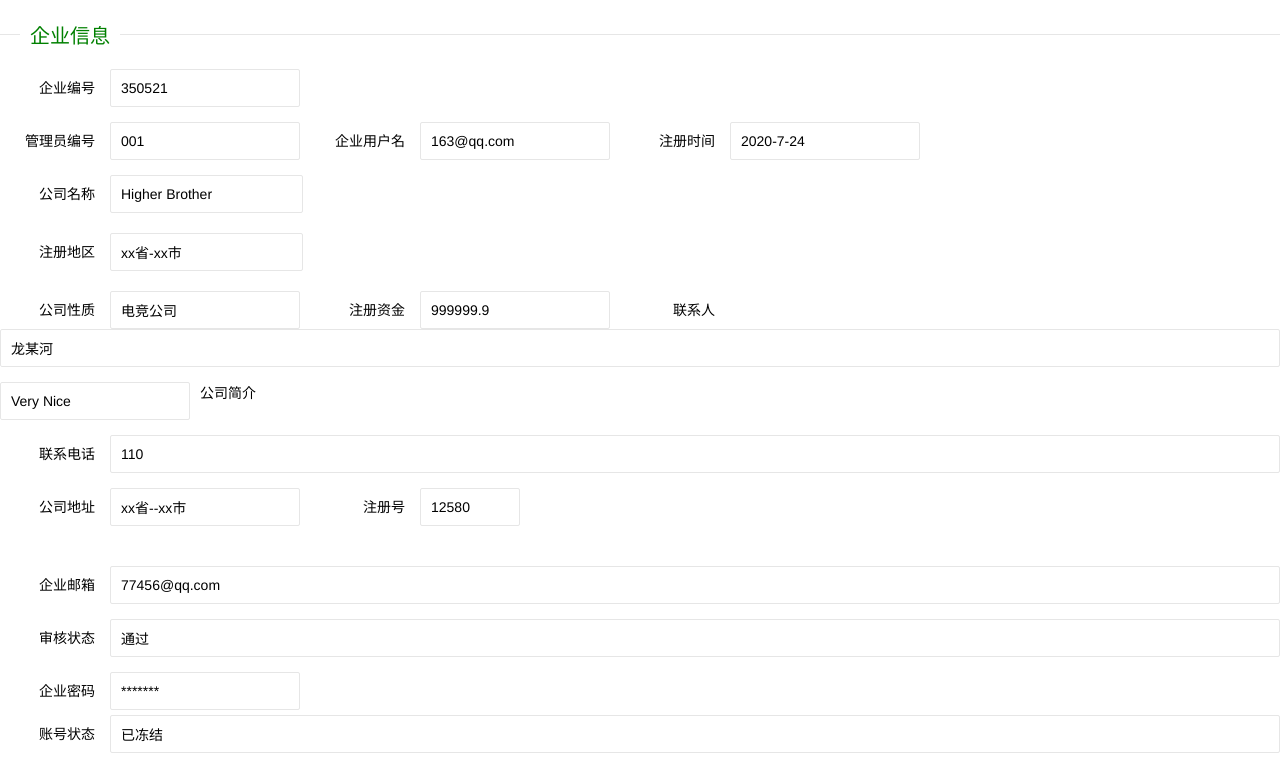
Repository: LongJinhe-coder/java-web-
Page: http://localhost/projectDemo1/displayFirmResume.jsp
The author's editor kept a copy of each file at every save. The page is drawn from the files as they stood at one save, then again after the next save.
The browser window is 1280 px wide. The pictures show the whole page.
The page is served by Tomcat 9. Other server files are loaded and not shown.

Above is the page before, as saved 2020-07-28 09:47:11.

### MyEclipse CI/projectDemo1/WebRoot/displayFirmResume.jsp
<%@ page language="java" import="java.util.*" pageEncoding="UTF-8"%>
<%
String path = request.getContextPath();
String basePath = request.getScheme()+"://"+request.getServerName()+":"+request.getServerPort()+path+"/";
%>

<!DOCTYPE HTML PUBLIC "-//W3C//DTD HTML 4.01 Transitional//EN">
<html>
  <head>
    <base href="<%=basePath%>">

    <title>My JSP 'personalzhuce.jsp' starting page</title>

	<meta http-equiv="pragma" content="no-cache">
	<meta http-equiv="cache-control" content="no-cache">
	<meta http-equiv="expires" content="0">
	<meta http-equiv="keywords" content="keyword1,keyword2,keyword3">
	<meta http-equiv="description" content="This is my page">
	<!--
	<link rel="stylesheet" type="text/css" href="styles.css">
	-->

 <meta charset="utf-8">
  <title>Layui</title>
  <meta name="renderer" content="webkit">
  <meta http-equiv="X-UA-Compatible" content="IE=edge,chrome=1">
  <meta name="viewport" content="width=device-width, initial-scale=1, maximum-scale=1">
  <link rel="stylesheet" href="layui/css/layui.css"  media="all">
  <!-- 注意：如果你直接复制所有代码到本地，上述css路径需要改成你本地的 -->
  </head>

  <body>
 <fieldset class="layui-elem-field layui-field-title" style="margin-top: 20px;">
  <legend align="left" style="color:green;">企业信息</legend>
</fieldset>
<form class="layui-form" action="">

<div class="layui-form-item">
    <label class="layui-form-label">企业编号</label>
    <div class="layui-input-block">
      <input style="width:190px"type="text" name="firmID" value="350521" readonly="readonly"  autocomplete="off" class="layui-input">
    </div>
  </div>

 <div class="layui-form-item">
    <label class="layui-form-label">管理员编号</label>
    <div class="layui-input-inline">
      <input type="text" name="adminID" value="001" readonly="readonly"  autocomplete="off" class="layui-input">
    </div>
      <label class="layui-form-label">企业用户名</label>
      <div class="layui-input-inline">
        <input type="text" name="firmAccount" value="163@qq.com" readonly="readonly" class="layui-input">
      </div>

      <label class="layui-form-label">注册时间</label>
      <div class="layui-input-inline">
       <input type="text" name="registerTime"  value="2020-7-24" readonly="readonly" class="layui-input">

		</div>
    </div>

   <div class="layui-form-item">
   <div class="layui-inline">
    <label class="layui-form-label">公司名称</label>
    <div class="layui-input-block">
        <input type="text" name="firmName"  value="Higher Brother" readonly="readonly" class="layui-input">
    </div>
  </div>
   </div>

   <div class="layui-form-item">
   <div class="layui-inline">
    <label class="layui-form-label">注册地区</label>
    <div class="layui-input-block">
     <input type="text" name="registerArea"  value="xx省-xx市" readonly="readonly" class="layui-input">
    </div>
  </div>
   </div>

   <div class="layui-form-item">

    <label class="layui-form-label">公司性质</label>
    <div class="layui-input-inline">
      <input type="text" name="firmNature" value="电竞公司" readonly="readonly"  class="layui-input">
    </div>
    <label class="layui-form-label">注册资金</label>
    <div class="layui-input-inline">
      <input type="text" name="registerFund" value="999999.9" readonly="readonly" class="layui-input">
    </div>
    <label class="layui-form-label">联系人</label>
    <div class="layui-input-label">
      <input type="text" name="linkMan" value="龙某河" readonly="readonly" class="layui-input">
    </div>
  </div>

    <div class="layui-form-item">
     <label class="layui-form-block">公司简介</label>
    <div class="layui-input-inline">
    <input type="text" name="firmBrief" value="Very Nice" readonly="readonly" class="layui-input">
    </div>
  </div>

   <div class="layui-form-item">
    <label class="layui-form-label">联系电话</label>
    <div class="layui-input-block">
      <input type="text" name="linkPhone" value="110" readonly="readonly" class="layui-input">
    </div>
  </div>

    <div class="layui-form-item">
    <div class="layui-inline">
    <label class="layui-form-label">公司地址</label>
    <div class="layui-input-inline">
    <input type="text" name="firmArea" value="xx省--xx市" readonly="readonly" class="layui-input">
    </div>
      <label class="layui-form-label">注册号</label>
      <div class="layui-input-inline" style="width: 100px;">
        <input type="text" name="registerNum" value="12580" readonly="readonly" class="layui-input">
      </div>

    </div>

  </div>
   <div class="layui-form-item">
   <div class="layui-inline">

  </div>
   </div>

      <div class="layui-form-item">
    <label class="layui-form-label">企业邮箱</label>
    <div class="layui-input-block">
      <input type="text" name="firmEmail" value="77456@qq.com" readonly="readonly" class="layui-input">
    </div>
  </div>

   <div class="layui-form-item">
    <label class="layui-form-label">审核状态</label>
    <div class="layui-input-block">
      <input type="text" name="checkStatus" value="通过" readonly="readonly" class="layui-input">
    </div>
  </div>


  <div class="layui-form-item">
    <div class="layui-inline">
      <label class="layui-form-label">企业密码</label>
      <div class="layui-input-inline">
        <input type="text" name="frimpwd"  value="*******" readonly="readonly" class="layui-input">
      </div>
    </div>


     <div class="layui-form-item">

      <label class="layui-form-label">账号状态</label>
      <div class="layui-input-block">
        <input type="text" name="accountStatus"  value="已冻结" readonly="readonly" class="layui-input">
      </div>
    </div>
    </div>
  </form>
<script src="layui/layui.js" charset="utf-8"></script>
<!-- 注意：如果你直接复制所有代码到本地，上述js路径需要改成你本地的 -->

  </body>
</html>

Loaded but not shown: MyEclipse CI/projectDemo1/WebRoot/layui/css/layui.css (library); MyEclipse CI/projectDemo1/WebRoot/layui/layui.js (library)

After the next save:
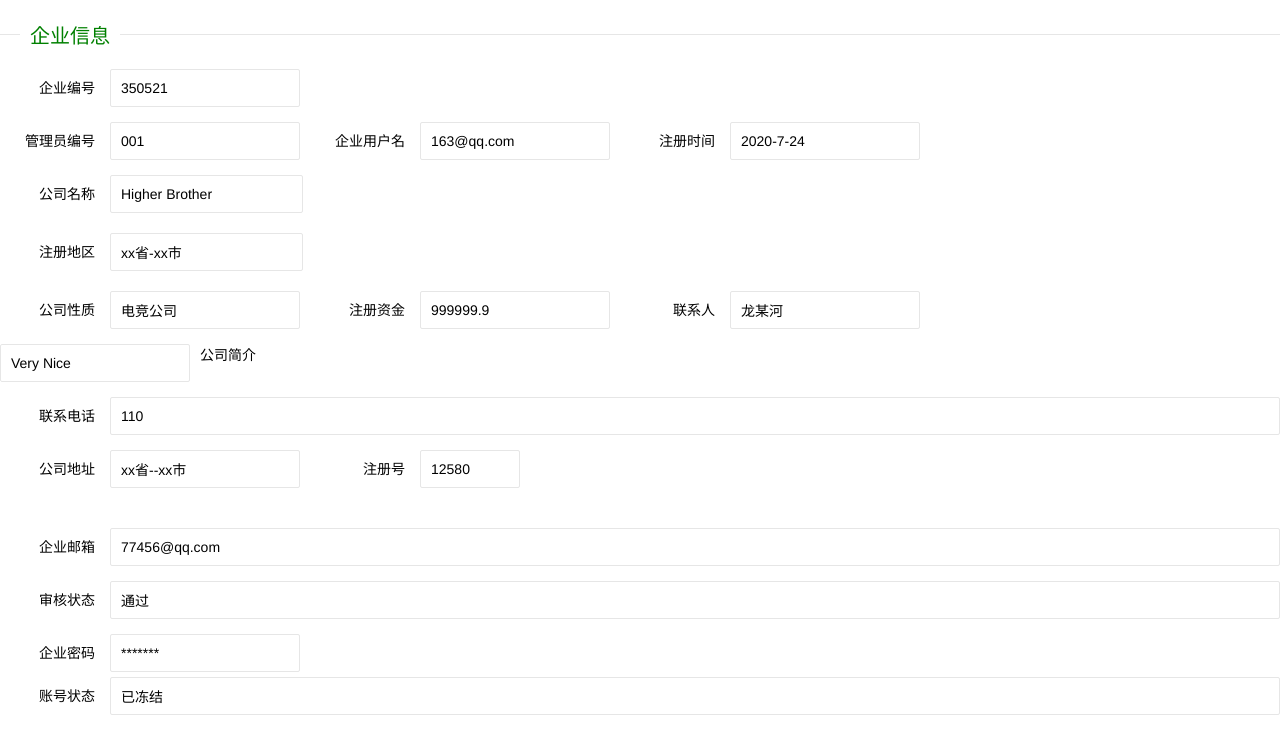
Saved 35 s later.
--- a/MyEclipse CI/projectDemo1/WebRoot/displayFirmResume.jsp
+++ b/MyEclipse CI/projectDemo1/WebRoot/displayFirmResume.jsp
@@ -88,7 +88,7 @@ String basePath = request.getScheme()+"://"+request.getServerName()+":"+request.
       <input type="text" name="registerFund" value="999999.9" readonly="readonly" class="layui-input">
     </div>
     <label class="layui-form-label">联系人</label>
-    <div class="layui-input-label">
+    <div class="layui-input-inline">
       <input type="text" name="linkMan" value="龙某河" readonly="readonly" class="layui-input">
     </div>
   </div>
